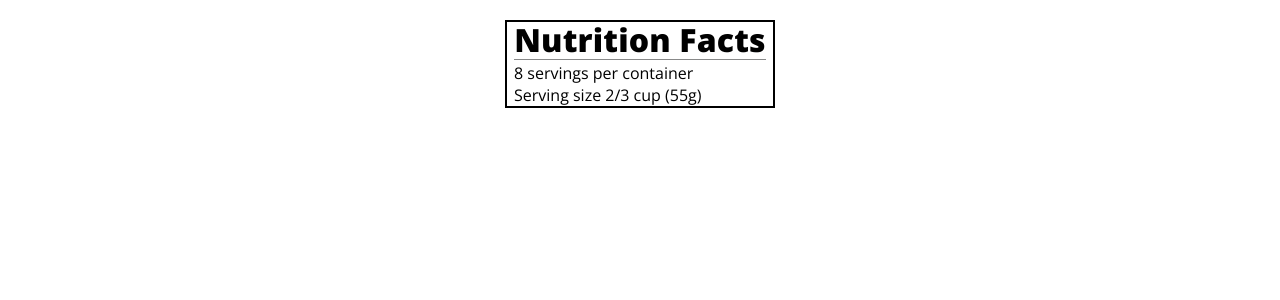
Repository: AimenDje/NutritionLabel
Page: index.html
An editor plug-in stored every save of this project. The page is shown before and after the next save, followed by the edit.
The browser window is 1280 px wide. The pictures show the whole page.

Above is the page before, as saved 2025-08-27 02:08:43.

### index.html
<!DOCTYPE html>
<html lang="en">

<head>
  <meta charset="UTF-8">
  <title>Nutrition Label</title>
  <link rel="stylesheet" href="https://fonts.googleapis.com/css?family=Open+Sans:400,700,800">
  <link rel="stylesheet" href="styles.css">

</head>

<body>
  <div class="label">
  <h1>Nutrition Facts</h1>
  <div class="divider"> </div>
  <p>8 servings per container</p>
  <p class="bold">Serving size 2/3 cup (55g)</p>
  </div>
</body>
</html>

### styles.css
*{
  box-sizing: border-box;
}

body{
  font-family:"Open Sans", sans-serif;
}

html{
  font-size:16px;
}

.label {
  border: 2px solid black;
  width: 270px;
  margin: 20px auto;
  padding : 0 7px;
}

h1 {
  font-weight: 800;
  text-align: center;
  margin : -4px 0;
  letter-spacing : 0.15px;
}

p{
  margin : 0;
}

.divider{
  border-bottom: 1px solid #888989;
  margin : 2px 0;
}

After the next save:
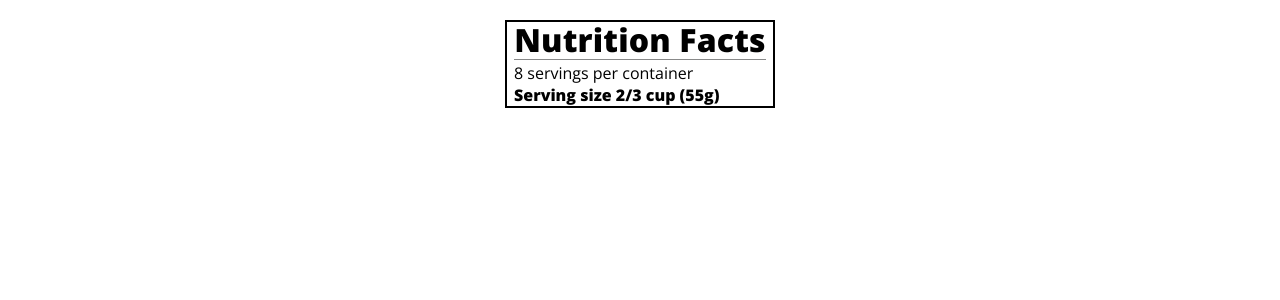
Saved 111 s later.
--- a/styles.css
+++ b/styles.css
@@ -32,3 +32,8 @@ p{
   border-bottom: 1px solid #888989;
   margin : 2px 0;
 }
+
+.bold{
+  font-weight: 800;
+
+}
